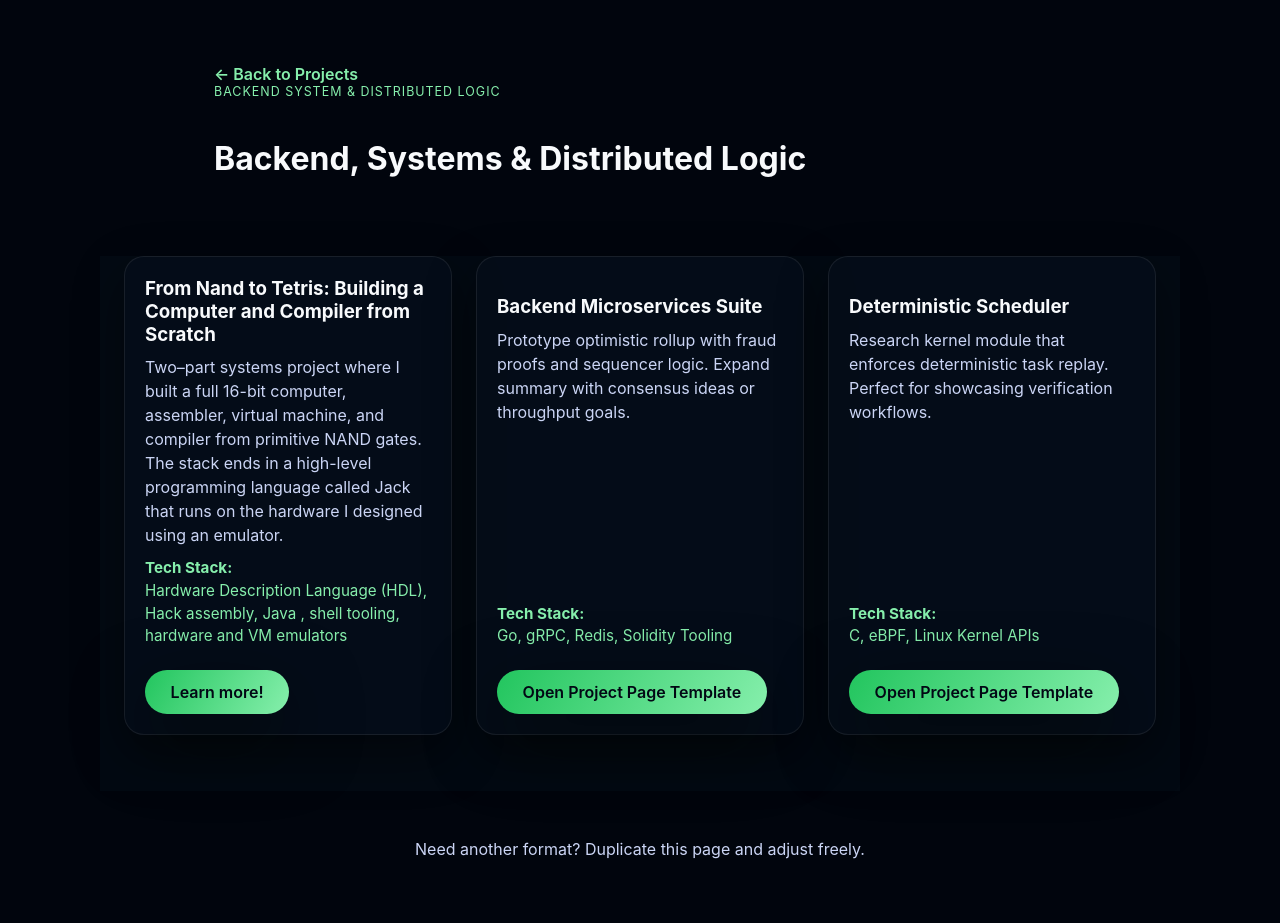
Repository: Abdulaziz-04/Abdulaziz-04.github.io
Page: projects/backend_systems.html
The author's editor kept a copy of each file at every save. The page is drawn from the files as they stood at one save, then again after the next save.
The browser window is 1280 px wide. The pictures show the whole page.

Above is the page before, as saved 2025-11-20 23:21:55.

### projects/backend_systems.html
<!DOCTYPE html>
<html lang="en">
  <head>
    <meta charset="UTF-8" />
    <meta name="viewport" content="width=device-width, initial-scale=1" />
    <title>Backend, Systems &amp; Distributed Logic | Projects</title>
    <link rel="stylesheet" href="../assets/css/styles.css" />
  </head>
  <body class="category-page">
    <header class="category-hero">
      <a class="category-back" href="../index.html#projects"
        >&larr; Back to Projects</a
      >
      <a class="category-pill" href="../index.html#projects"
        >Backend System &amp; Distributed Logic</a
      >
      <br />
      <h1>Backend, Systems &amp; Distributed Logic</h1>
    </header>
    <main class="section category-section">
      <div class="project-modal-grid">
        <article class="project-modal-card">
          <div class="project-modal__body">
            <h3>
              From Nand to Tetris: Building a Computer and Compiler from Scratch
            </h3>
            <p class="project-modal__summary">
              Two–part systems project where I built a full 16-bit computer,
              assembler, virtual machine, and compiler from primitive NAND
              gates. The stack ends in a high-level programming language called
              Jack that runs on the hardware I designed using an emulator.
            </p>
            <p class="project-modal__tech">
              <strong>Tech Stack:</strong>
              Hardware Description Language (HDL), Hack assembly, Java , shell
              tooling, hardware and VM emulators
            </p>
            <div class="project-modal__actions">
              <a
                class="btn primary"
                href="../deepdives/backend_systems/nand2tetris/nand2tetris.html"
                >Learn more!</a
              >
            </div>
          </div>
        </article>

        <article class="project-modal-card">
          <div class="project-modal__body">
            <h3>Backend Microservices Suite</h3>
            <p class="project-modal__summary">
              Prototype optimistic rollup with fraud proofs and sequencer logic.
              Expand summary with consensus ideas or throughput goals.
            </p>
            <p class="project-modal__tech">
              <strong>Tech Stack:</strong> Go, gRPC, Redis, Solidity Tooling
            </p>
            <div class="project-modal__actions">
              <a class="btn primary" href="project-template.html"
                >Open Project Page Template</a
              >
            </div>
          </div>
        </article>

        <article class="project-modal-card">
          <div class="project-modal__body">
            <h3>Deterministic Scheduler</h3>
            <p class="project-modal__summary">
              Research kernel module that enforces deterministic task replay.
              Perfect for showcasing verification workflows.
            </p>
            <p class="project-modal__tech">
              <strong>Tech Stack:</strong> C, eBPF, Linux Kernel APIs
            </p>
            <div class="project-modal__actions">
              <a class="btn primary" href="project-template.html"
                >Open Project Page Template</a
              >
            </div>
          </div>
        </article>
      </div>
    </main>
    <footer class="category-footer">
      <p>Need another format? Duplicate this page and adjust freely.</p>
    </footer>
  </body>
</html>

### assets/css/styles.css
:root {
  --bg: #030a13;
  --bg-alt: #050f1f;
  --panel: #071425;
  --panel-soft: rgba(34, 197, 94, 0.08);
  --accent: #22c55e;
  --accent-strong: #86efac;
  --text: #f8fafc;
  --muted: #cbd5f5;
  --border: rgba(255, 255, 255, 0.08);
  --radius: 18px;
  --shadow: 0 25px 70px rgba(1, 8, 4, 0.55);
}

* {
  box-sizing: border-box;
}

body {
  margin: 0;
  min-height: 100vh;
  font-family: "Inter", "Segoe UI", system-ui, -apple-system, BlinkMacSystemFont,
    sans-serif;
  color: var(--text);
  background: radial-gradient(circle at 15% 35%, rgba(34, 197, 94, 0.15), transparent 45%),
    radial-gradient(circle at 80% 0%, rgba(134, 239, 172, 0.2), transparent 35%),
    #020718;
  scroll-behavior: smooth;
  padding-top: 0;
}

.modal-open {
  overflow: hidden;
}

main {
  background: var(--bg);
}

.section {
  max-width: 1080px;
  margin: 0 auto;
  padding: 3.5rem 1.5rem;
}

.site-header {
  margin: 0;
  padding: clamp(4rem, 12vw, 6rem) clamp(1.5rem, 6vw, 4rem) 3.5rem;
  background: linear-gradient(135deg, rgba(5, 18, 12, 0.9), rgba(3, 10, 19, 0.85)),
    radial-gradient(circle at top left, rgba(34, 197, 94, 0.25), transparent 55%);
  box-shadow: inset 0 1px 0 rgba(255, 255, 255, 0.05);
  min-height: 85vh;
  display: flex;
  align-items: center;
}

.hero-header {
  margin-top: 0;
  padding-top: clamp(4.5rem, 12vw, 7rem);
}

.top-nav {
  position: fixed;
  top: 0;
  left: 0;
  width: 100%;
  padding: 0.75rem clamp(1.25rem, 6vw, 4rem);
  background: rgba(4, 9, 20, 0.95);
  border-bottom: 1px solid rgba(255, 255, 255, 0.05);
  backdrop-filter: blur(14px);
  display: flex;
  align-items: center;
  justify-content: space-between;
  gap: 1rem;
  z-index: 50;
}

.top-nav__brand {
  font-size: 0.85rem;
  letter-spacing: 0.3em;
  text-transform: uppercase;
  color: var(--muted);
}

.top-nav__links {
  display: flex;
  align-items: center;
  gap: 0.9rem;
  flex-wrap: wrap;
}

.nav-link {
  text-decoration: none;
  color: var(--muted);
  font-weight: 600;
  letter-spacing: 0.08em;
  text-transform: uppercase;
  padding: 0.4rem 0.85rem;
  border-radius: 999px;
  transition: color 0.2s ease, background 0.2s ease;
}

.nav-link:hover {
  color: var(--text);
}

.nav-link.active {
  background: var(--accent);
  color: #03140c;
}

.hire-btn {
  cursor: pointer;
  background: var(--accent);
  color: black;
  padding: 0.95rem 2.4rem;
  font-size: 1.1rem;
  font-weight: 700;
  border: none;
  border-radius: 999px;
  box-shadow: 0 12px 28px rgba(34, 197, 94, 0.35);
}

.hero-grid {
  display: grid;
  grid-template-columns: minmax(0, 1.4fr) minmax(220px, 320px);
  gap: clamp(2rem, 4vw, 3.5rem);
  width: 100%;
  align-items: start;
}

.hero-text h1 {
  font-size: clamp(2.5rem, 5vw, 3.8rem);
  margin: 0.2rem 0 0.8rem;
}

.hero-lede {
  color: var(--muted);
  font-size: 1.05rem;
  max-width: 560px;
  line-height: 1.6;
}

.eyebrow {
  text-transform: uppercase;
  color: var(--accent-strong);
}

.hero-summary {
  margin: 1.5rem 0 1.75rem;
  color: var(--muted);
}

.summary-list {
  font-size: large;
  margin: 0;
  padding-left: 1.5rem;
}

.summary-list li {
  margin-bottom: 0.55rem;
  line-height: 1.5;
}

.hero-actions {
  display: flex;
  flex-wrap: wrap;
  gap: 1rem;
  width: 100%;
}

.hero-actions .hire-btn {
  padding: 1.1rem 2.8rem;
  font-size: 1.2rem;
}

.btn {
  display: inline-flex;
  align-items: center;
  justify-content: center;
  gap: 0.4rem;
  padding: 0.75rem 1.6rem;
  border-radius: 999px;
  text-decoration: none;
  font-weight: 600;
  transition: transform 0.2s ease, box-shadow 0.2s ease;
}

.btn.primary {
  background: linear-gradient(120deg, var(--accent), var(--accent-strong));
  color: #020714;
  box-shadow: var(--shadow);
}

.btn.secondary {
  border: 1px solid var(--accent);
  color: var(--accent-strong);
}

.btn:hover {
  transform: translateY(-2px);
}

.hero-photo {
  justify-self: center;
}

.hero-photo img {
  width: clamp(220px, 18vw, 280px);
  border-radius: 28px;
  border: 1px solid rgba(134, 239, 172, 0.2);
  box-shadow: 0 20px 60px rgba(0, 0, 0, 0.6);
  filter: saturate(1.05);
}

.section h2 {
  margin-top: 0;
  font-size: 2rem;
}

.experience-grid {
  display: grid;
  grid-template-columns: repeat(auto-fit, minmax(300px, 1fr));
  gap: 1.75rem;
}

.experience-title {
  display: flex;
  justify-content: space-between;
  align-items: center;
  gap: 1rem;
  font-size: 1.2rem;
}

.experience-title .role {
  color: var(--text); /* default text color */
  font-weight: 600;
}

.experience-title .org {
  color:#6DF9C9;
  white-space: nowrap;
}

.experience-card,
.project-card {
  background: linear-gradient(145deg, var(--panel), rgba(6, 14, 18, 0.9));
  border-radius: var(--radius);
  border: 1px solid var(--border);
  padding: 1.75rem;
  box-shadow: var(--shadow);
}

.timeline {
  border-left: 2px solid var(--border);
  margin-top: 1.25rem;
}

.timeline-item {
  padding-left: 1.75rem;
  margin-bottom: 1.75rem;
  position: relative;
}

.timeline-header {
  display: flex;
  justify-content: space-between;
  align-items: baseline;
  gap: 1rem;
}

.timeline-header h3 {
  margin: 0;
}

.education-title {
  display: flex;
  justify-content: space-between;
  gap: 0.75rem;
  align-items: baseline;
  flex-wrap: wrap;
}

.edu-gpa {
  color: var(--accent-strong);
  white-space: nowrap;
  font-size: 0.95rem;
}





.hire-modal {
  position: fixed;
  inset: 0;
  background: rgba(5, 9, 18, 0.8);
  display: flex;
  justify-content: center;
  align-items: center;
  z-index: 100;
}

.hire-modal[hidden] {
  display: none;
}

.hire-modal__panel {
  background: #050b16;
  border: 1px solid rgba(255, 255, 255, 0.08);
  border-radius: 22px;
  padding: 1.75rem;
  width: min(90%, 420px);
  box-shadow: 0 30px 80px rgba(0, 0, 0, 0.55);
  position: relative;
  color: var(--text);
}

.hire-modal__panel p {
  color: var(--muted);
}

.hire-modal__close {
  position: absolute;
  top: 0.5rem;
  right: 0.75rem;
  background: var(--accent);
  color: #02120b;
  border: none;
  font-size: 1.35rem;
  font-weight: 700;
  cursor: pointer;
  width: 2.25rem;
  height: 2.25rem;
  border-radius: 999px;
  display: inline-flex;
  align-items: center;
  justify-content: center;
  line-height: 1;
}

.hire-options {
  display: flex;
  flex-direction: column;
  gap: 0.75rem;
  margin-top: 1rem;
}

.hire-option {
  display: flex;
  justify-content: space-between;
  align-items: center;
  padding: 0.85rem 1rem;
  border-radius: 1rem;
  text-decoration: none;
  color: var(--text);
  border: 1px solid rgba(255, 255, 255, 0.08);
  background: rgba(255, 255, 255, 0.02);
  transition: background 0.2s ease, transform 0.2s ease;
}

.hire-option:hover {
  background: rgba(34, 197, 94, 0.18);
  transform: translateY(-2px);
}

.hire-option small {
  color: var(--muted);
  letter-spacing: 0.04em;
}

.hire-modal__action {
  margin-top: 1.5rem;
  width: 100%;
  text-align: center;
}

.timeline-item::before {
  content: "";
  width: 11px;
  height: 11px;
  border-radius: 999px;
  background: var(--accent);
  box-shadow: 0 0 16px rgba(34, 197, 94, 0.8);
  position: absolute;
  left: -6px;
  top: 4px;
}

.timeline-date {
  font-size: 0.85rem;
  letter-spacing: 0.1em;
  text-transform: uppercase;
  color: var(--muted);
}

.course-dropdown {
  margin-top: 1.5rem;
}

.course-toggle {
  width: 100%;
  background: transparent;
  border: 1px solid rgba(255, 255, 255, 0.08);
  border-radius: var(--radius);
  padding: 0.75rem 1.1rem;
  color: var(--text);
  font: inherit;
  font-weight: 600;
  letter-spacing: 0.04em;
  display: flex;
  justify-content: space-between;
  align-items: center;
  cursor: pointer;
  transition: border-color 0.2s ease, transform 0.2s ease, box-shadow 0.2s ease;
}

.course-toggle:hover {
  border-color: rgba(134, 239, 172, 0.7);
  box-shadow: 0 0 20px rgba(34, 197, 94, 0.25);
  transform: translateY(-1px);
}

.course-toggle__icon {
  font-size: 1.1rem;
  line-height: 1;
  transition: transform 0.25s ease;
}

.course-toggle[aria-expanded='true'] .course-toggle__icon {
  transform: rotate(45deg);
}

.course-panel {
  margin-top: 1rem;
  border-left: 2px solid rgba(134, 239, 172, 0.3);
  padding-left: 1.25rem;
}

.course-panel[hidden] {
  display: none;
}

.course-panel__body h4 {
  margin-top: 1rem;
  margin-bottom: 0.5rem;
}

.certifications-list {
  display: grid;
  gap: 1rem;
  margin-top: 1rem;
}

#certifications {
  scroll-margin-top: 140px;
}

.cert-list {
  list-style: none;
  padding: 0;
  margin: 0;
  display: flex;
  flex-direction: column;
  gap: 0.75rem;
}

.cert-title {
  font-weight: 700;
}

.cert-meta {
  font-size: 0.95rem;
  color: var(--muted);
}

.loading-text,
.loading-error {
  color: var(--muted);
  font-style: italic;
}

.loading-error {
  color: #fda4af;
}

.project-card--featured {
  display: flex;
  flex-wrap: wrap;
  gap: 1.5rem;
}

.project-media img {
  max-width: 280px;
  border-radius: var(--radius);
  border: 1px solid rgba(34, 197, 94, 0.3);
}

.project-grid {
  display: grid;
  grid-template-columns: repeat(auto-fit, minmax(240px, 1fr));
  gap: 1.25rem;
  margin-top: 1rem;
}

.projects-overview .projects-lede {
  color: var(--muted);
  max-width: 760px;
  margin-bottom: 2rem;
}

.project-category-grid {
  display: grid;
  grid-template-columns: repeat(auto-fit, minmax(260px, 1fr));
  gap: 1.5rem;
  margin-top: 2rem;
}

.project-category-card {
  border: 1px solid var(--border);
  border-radius: var(--radius);
  padding: 1.75rem;
  background: rgba(7, 19, 33, 0.85);
  display: flex;
  flex-direction: column;
  gap: 0.75rem;
  box-shadow: 0 15px 40px rgba(0, 0, 0, 0.35);
  min-height: 260px;
}

.category-pill {
  text-transform: uppercase;
  letter-spacing: 0.08em;
  font-size: 0.78rem;
  color: var(--accent-strong);
  margin: 0;
  display: block;
  min-height: 2.2em;
  text-decoration: none;
  cursor: pointer;
}

.project-category-card h3 {
  margin: 0;
  line-height: 1.35;
  min-height: 3.2em;
}

.project-category-card > p:not(.category-pill) {
  margin: 0;
  line-height: 1.5;
  min-height: 4.4em;
}

.category-link {
  align-self: flex-start;
  margin-top: auto;
}

.category-page {
  background: #01050d;
  color: var(--text);
  min-height: 100vh;
  margin: 0;
}

.category-hero {
  max-width: 900px;
  margin: 0 auto;
  padding: 4rem 1.5rem 2rem;
  text-align: left;
}

.category-hero h1 {
  margin-top: 0.5rem;
}

.category-back {
  text-decoration: none;
  color: var(--accent-strong);
  font-weight: 600;
}

.category-section {
  padding-top: 0;
}

.category-description {
  color: var(--muted);
  max-width: 720px;
}

.project-modal-grid {
  display: grid;
  grid-template-columns: repeat(auto-fit, minmax(280px, 1fr));
  gap: 1.5rem;
  margin-top: 1.5rem;
  align-items: stretch;
  grid-auto-rows: 1fr;
}

.project-modal-card {
  border: 1px solid rgba(255, 255, 255, 0.08);
  border-radius: 20px;
  padding: 1.25rem;
  background: rgba(5, 13, 25, 0.95);
  display: flex;
  flex-direction: column;
  gap: 1rem;
  box-shadow: 0 20px 50px rgba(0, 0, 0, 0.45);
  height: 100%;
}

.project-modal__body {
  display: grid;
  grid-template-rows: auto 1fr auto auto;
  gap: 0.6rem;
  height: 100%;
}

.project-modal-card h3 {
  margin: 0;
  min-height: 2.6rem;
  display: flex;
  align-items: flex-end;
}

.project-modal__body h3,
.project-modal__body p {
  margin: 0;
}

.project-modal__summary {
  color: var(--muted);
  line-height: 1.5;
  min-height: 0;
}

.project-modal__tech {
  font-size: 0.95rem;
  color: var(--accent-strong);
  min-height: 2.4rem;
  line-height: 1.5;
}

.project-modal__tech strong,
.project-modal__tech b {
  display: block;
}

.project-modal__actions {
  display: flex;
  gap: 0.75rem;
  flex-wrap: wrap;
  margin-top: auto;
  padding-top: 0.75rem;
}

.category-footer {
  text-align: center;
  color: var(--muted);
  padding: 2rem 1rem 3rem;
}

.project-detail-page {
  background: #01050d;
  color: var(--text);
  margin: 0;
}

.detail-hero {
  max-width: 960px;
  margin: 0 auto;
  padding: 4rem 1.5rem 2rem;
}

.detail-summary {
  color: var(--muted);
  font-size: 1.1rem;
}

.detail-meta {
  list-style: none;
  padding: 0;
  margin: 1.5rem 0 0;
  display: flex;
  flex-wrap: wrap;
  gap: 1rem 2rem;
  color: var(--accent-strong);
}

.detail-content {
  padding-top: 0;
}

.home-page p,
.home-page li,
.home-page .course-panel__body {
  text-align: justify;
}

.home-page .projects-overview p,
.home-page .project-category-card p {
  text-align: left;
}

.project-detail-page p,
.project-detail-page li {
  text-align: justify;
}

.detail-section {
  margin-bottom: 2.5rem;
}

.detail-gallery {
  display: flex;
  flex-direction: column;
  gap: 1.5rem;
}

.detail-gallery .gallery-row {
  display: flex;
  flex-direction: column;
  gap: 1.75rem;
  align-items: center;
}

.detail-gallery .gallery-row--two {
  width: 100%;
  display: grid;
  grid-template-columns: repeat(auto-fit, minmax(280px, 1fr));
  gap: 1.25rem;
  align-items: start;
}

.detail-gallery .gallery-item {
  flex: 0 0 auto;
  max-width: 880px;
  margin: 0 auto;
  text-align: center;
}

.detail-gallery .gallery-item figcaption {
  text-align: center;
}

.detail-gallery .gallery-item img {
  display: block;
  width: 100%;
  height: auto;
  border-radius: 12px;
  border: 1px solid rgba(255, 255, 255, 0.08);
  margin: 0 auto;
  transform: none;
}

.detail-video {
  display: block;
  width: 100%;
  max-width: 720px;
  height: auto;
  margin: 0 auto;
  border-radius: 12px;
  border: 1px solid rgba(255, 255, 255, 0.08);
  background: #000;
}

.detail-gallery__grid {
  display: grid;
  grid-template-columns: repeat(auto-fit, minmax(240px, 1fr));
  gap: 1.25rem;
}

.detail-gallery__grid img {
  width: 100%;
  border-radius: 14px;
  border: 1px solid rgba(255, 255, 255, 0.08);
}

.detail-snippet pre {
  background: #020714;
  padding: 1.25rem;
  border-radius: 16px;
  border: 1px solid rgba(255, 255, 255, 0.08);
  overflow-x: auto;
}

.code-emphasis {
  font-size: 1.4em;
}

.skills-list {
  display: flex;
  flex-wrap: wrap;
  gap: 0.65rem;
}

.skill-pill {
  --pill-bg: rgba(148, 163, 184, 0.15);
  --pill-color: #f8fafc;
  --pill-icon: rgba(255, 255, 255, 0.85);
  display: inline-flex;
  align-items: center;
  gap: 0.4rem;
  padding: 0.45rem 0.9rem;
  border-radius: 0.85rem;
  background: var(--pill-bg);
  color: var(--pill-color);
  font-size: 0.78rem;
  font-weight: 700;
  letter-spacing: 0.05em;
  text-transform: uppercase;
  border: 1px solid rgba(255, 255, 255, 0.06);
  box-shadow: 0 6px 14px rgba(0, 0, 0, 0.25);
}

.skill-pill i {
  font-size: 1rem;
  color: var(--pill-icon);
}

.site-footer {
  text-align: center;
  display: flex;
  justify-content: center;
  padding: 2.5rem 1rem 3rem;
  color: var(--muted);
  border-top: 1px solid var(--border);
  background: linear-gradient(180deg, rgba(5, 9, 18, 0.98), rgba(2, 7, 24, 0.95));
  margin-top: 0;
  box-shadow: 0 -18px 45px rgba(0, 0, 0, 0.45);
}

.site-footer p {
  margin: 0;
}

@media (max-width: 1024px) {
  .hero-grid {
    grid-template-columns: 1fr;
    text-align: center;
  }

  .hero-photo {
    order: -1;
  }

  .top-nav {
    flex-direction: column;
    align-items: flex-start;
    gap: 0.5rem;
  }

  .top-nav__links {
    width: 100%;
    justify-content: flex-start;
    gap: 0.5rem;
  }

  .hire-btn {
    width: 100%;
    text-align: center;
  }
}

@media (max-width: 640px) {
  .hero-header {
    padding-top: 9rem;
  }

  .experience-title {
    flex-direction: column;
    align-items: flex-start;
    gap: 0.35rem;
    font-size: 1.05rem;
  }

  .experience-title .org {
    white-space: normal;
    width: 100%;
  }
}


/* Medium size for first GIF */
.gallery-item--medium {
  text-align: center;
}

.gallery-item--medium img {
  max-width: 720px;
  width: 100%;
  height: auto;
  display: block;
  margin: 0 auto;
}

.gallery-item figcaption {
  margin-top: 0.95rem;
  color: var(--muted);
  line-height: 1.5;
}

.hero-screens {
  display: flex;
  flex-wrap: wrap;
  justify-content: center;
  align-items: flex-start;
  gap: 1.25rem;
}

.hero-screens .gallery-item {
  max-width: 220px;
  width: 100%;
  display: flex;
  flex-direction: column;
  align-items: center;
}

.hero-screens .gallery-item img {
  width: 100%;
  height: 420px;
  display: block;
  margin: 0 auto;
  object-fit: contain;
}

.hero-screens .gallery-item figcaption {
  text-align: center;
  margin-top: 0.75rem;
}


a {
  color: #b6f5c9;
}

a:hover {
  color: #8ef0af;
}

After the next save:
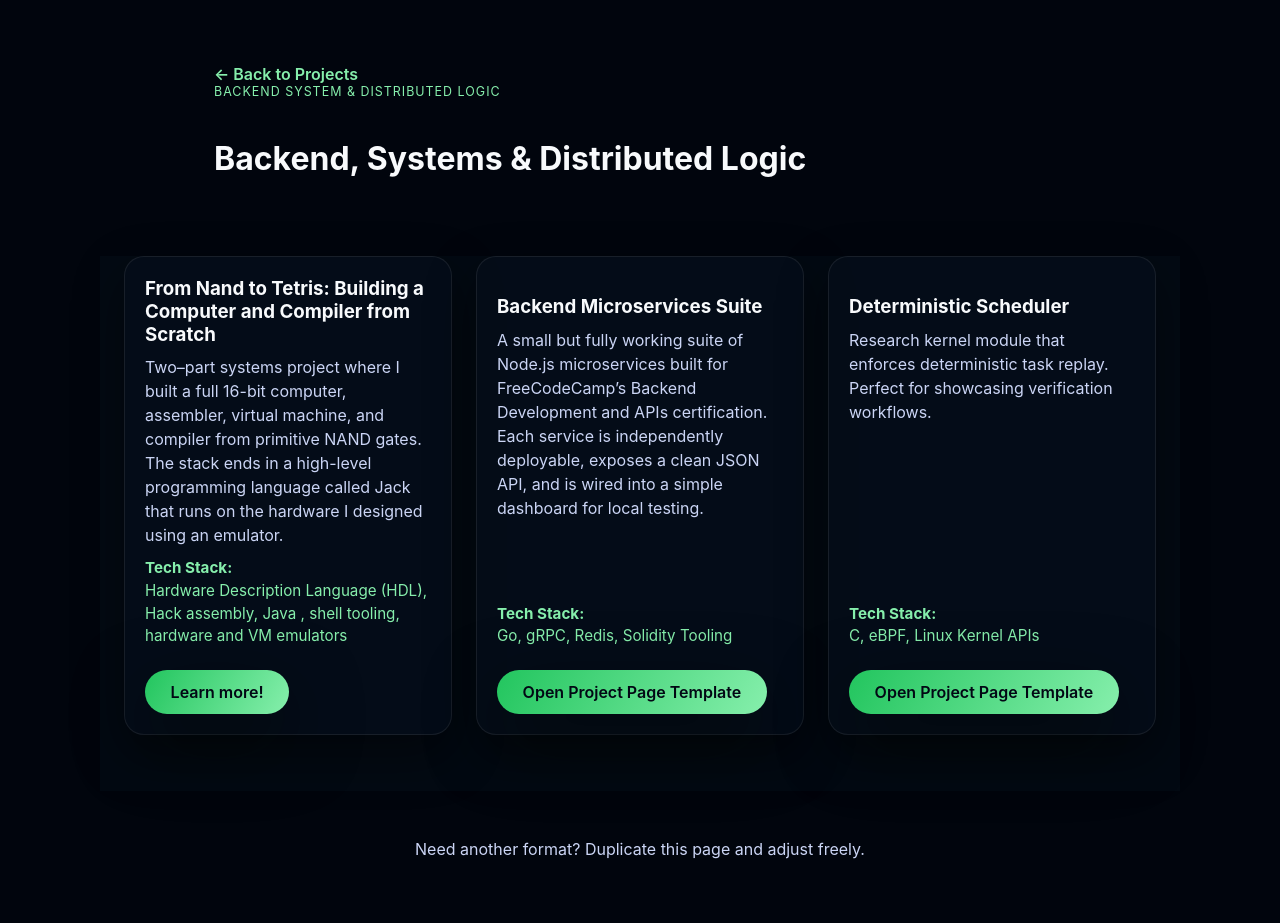
Saved 16 s later.
--- a/projects/backend_systems.html
+++ b/projects/backend_systems.html
@@ -49,8 +49,10 @@
           <div class="project-modal__body">
             <h3>Backend Microservices Suite</h3>
             <p class="project-modal__summary">
-              Prototype optimistic rollup with fraud proofs and sequencer logic.
-              Expand summary with consensus ideas or throughput goals.
+              A small but fully working suite of Node.js microservices built for
+              FreeCodeCamp’s Backend Development and APIs certification. Each
+              service is independently deployable, exposes a clean JSON API, and
+              is wired into a simple dashboard for local testing.
             </p>
             <p class="project-modal__tech">
               <strong>Tech Stack:</strong> Go, gRPC, Redis, Solidity Tooling
